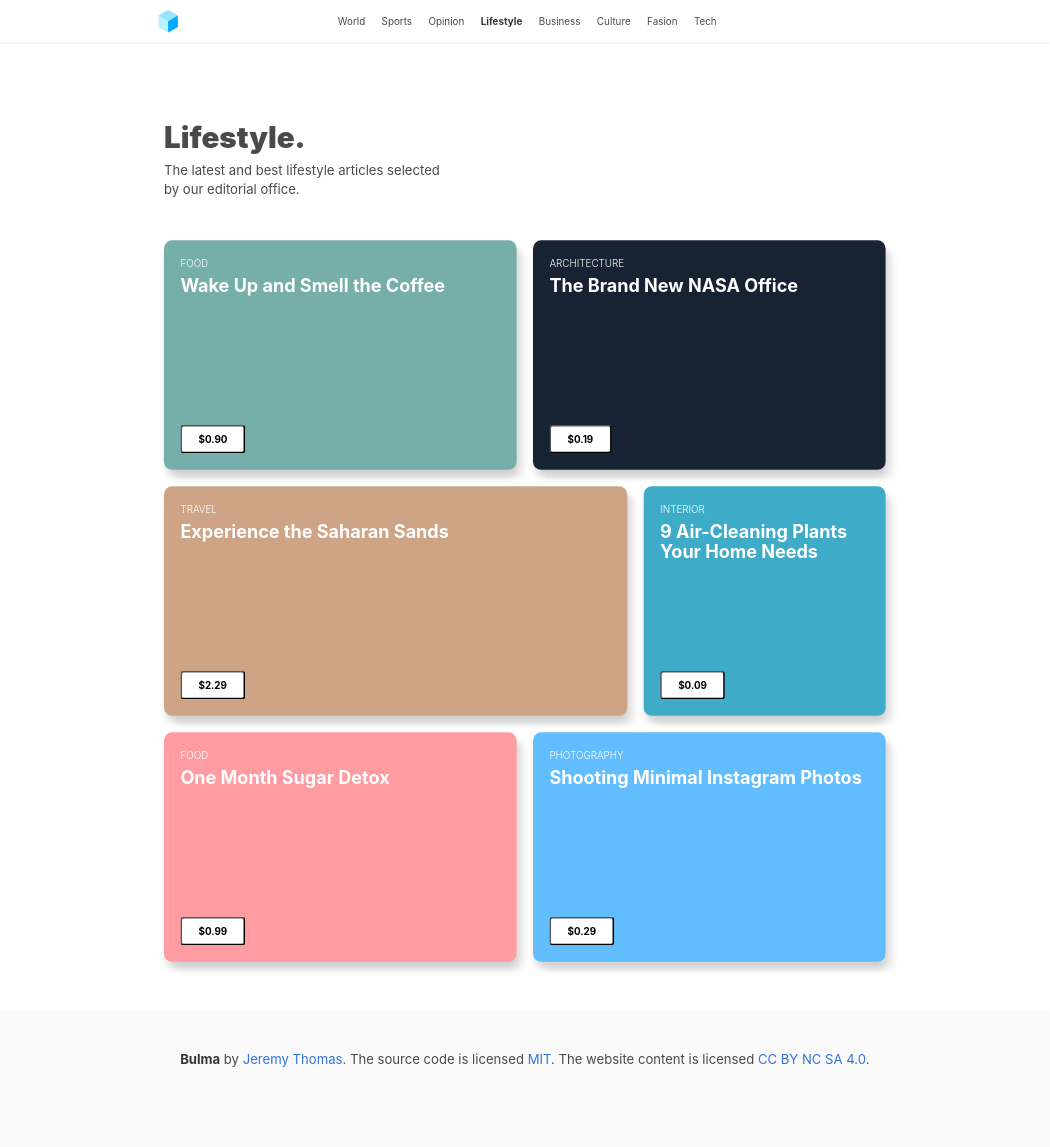
Repository: DOODpls/js_ass1
Page: index.html
An editor plug-in stored every save of this project. The page is shown before and after the next save, followed by the edit.
The browser window is 1280 px wide. The pictures show the whole page, at 82% of full size.

Above is the page before, as saved 2019-11-22 19:02:15.

After the next save:
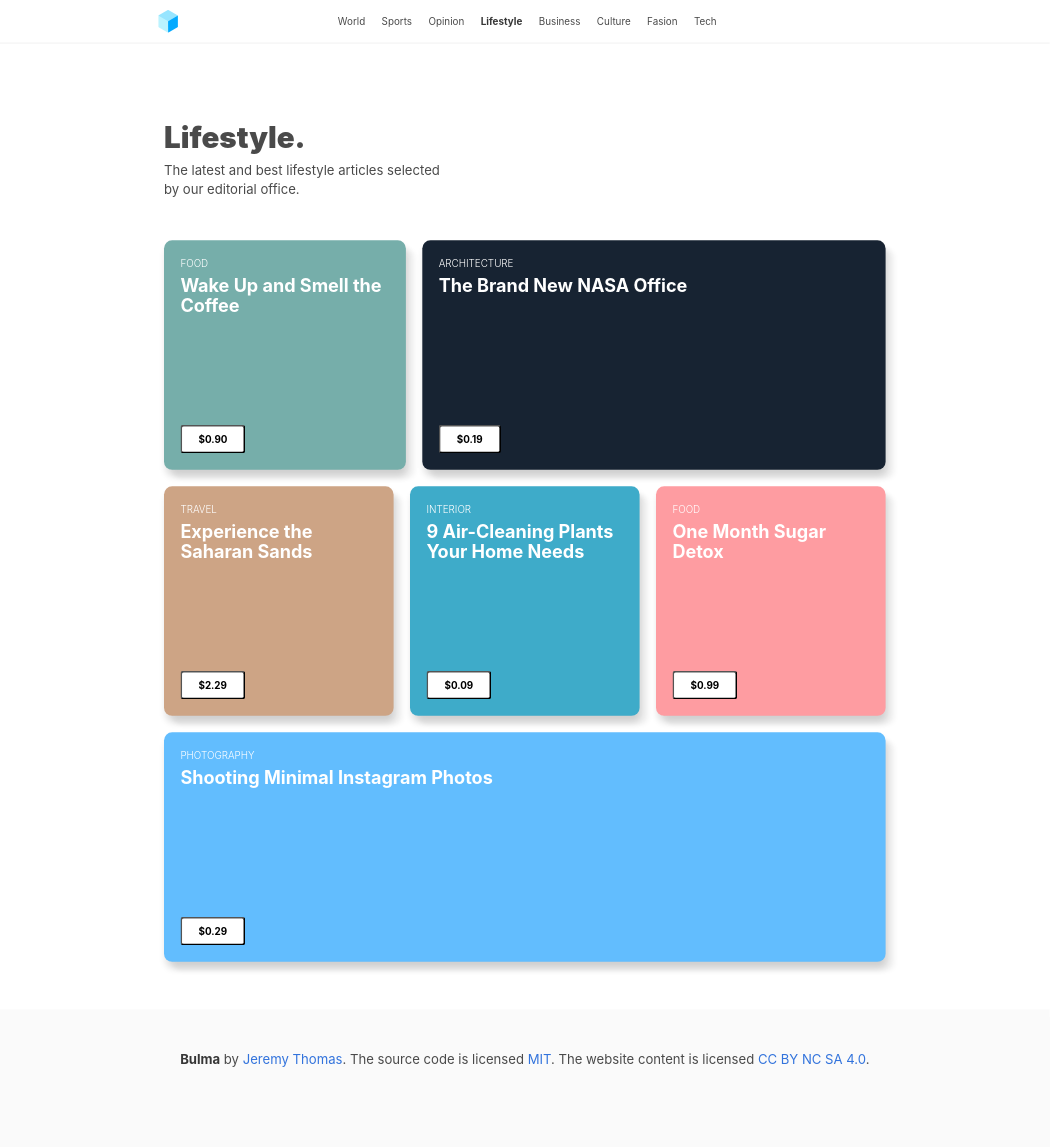
Saved 12 s later.
--- a/app.js
+++ b/app.js
@@ -64,7 +64,7 @@ const data = [
 
     for(i=0; i<data.length; i++){
         let heig
-        if(i == 2){
+        if(i == 1){
             heig = '500px'
         }
 
